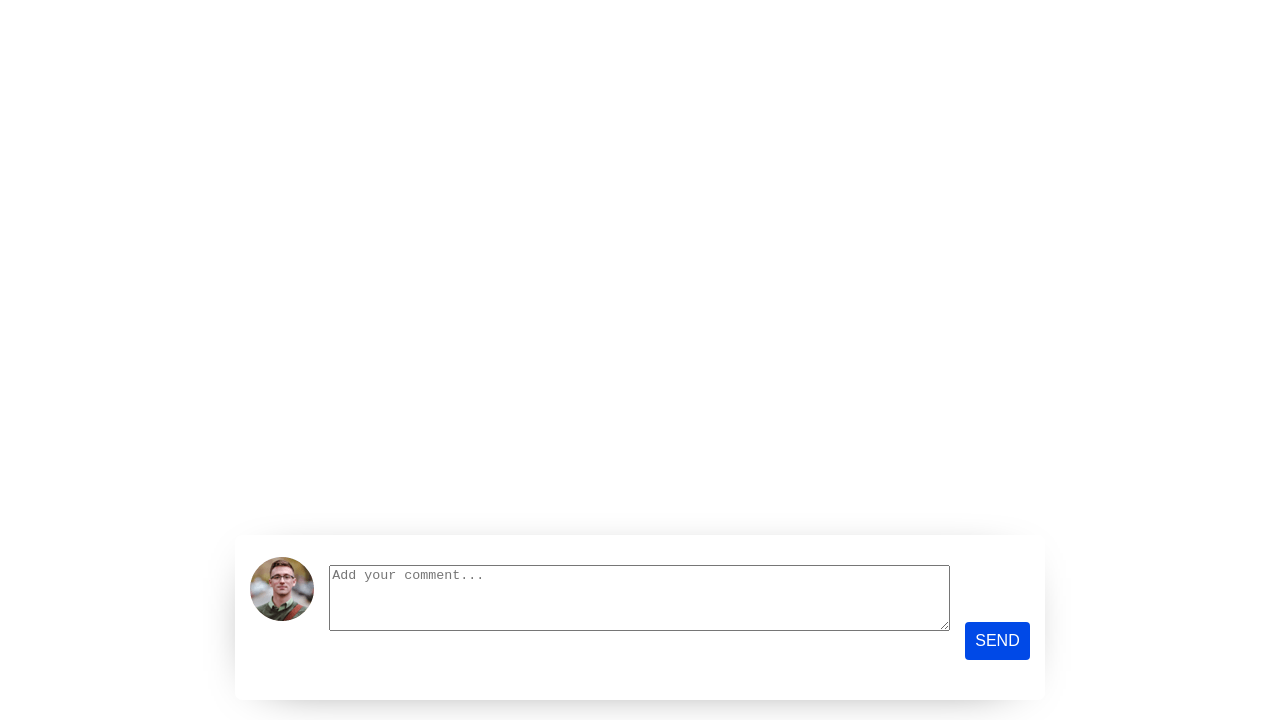
Repository: badhon252/interactive-comments-section
Page: /
An editor plug-in stored every save of this project. The page is shown before and after a run of saves, followed by the edit.
The browser window is 1280 px wide. The pictures show the whole page.
The project was rebuilt for these pictures with package versions that can differ from the ones it lists, and the page was loaded fresh each time.

Above is the page before, as saved 2022-01-28 12:55:48.

### public/index.html
<!DOCTYPE html>
<html lang="en">

<head>
  <meta charset="utf-8" />
  <link rel="icon" href="%PUBLIC_URL%/favicon.ico" />
  <meta name="viewport" content="width=device-width, initial-scale=1" />
  <meta name="theme-color" content="#000000" />
  <meta name="description" content="Web site created using create-react-app" />
  <link rel="apple-touch-icon" href="%PUBLIC_URL%/logo192.png" />

  <link rel="manifest" href="%PUBLIC_URL%/manifest.json" />

  <title>interactive-comments-section</title>
</head>

<body>
  <noscript>You need to enable JavaScript to run this app.</noscript>
  <div id="root"></div>

</body>

</html>

### src/App.js
import WriteComments from "./components/WriteComments";
// import WriteComments from "./components/WriteComments";

function App() {
  return (
    <div className="App">
      <WriteComments />
    </div>
  );
}

export default App;

### src/components/WriteComments.js
import React, { useState } from "react";
import "../App.css";
import Avatar from "../images/avatars/image-juliusomo.png";
import avatar from "../images/avatars/image-amyrobson.png";
// import Comments from "./Comments";

export default function WriteComments() {
  const [input, setInput] = useState("");
  const [comment, setComment] = useState([]);

  const handleSubmit = (e) => {
    e.preventDefault();

    if (!input) {
      alert("Write a comment first!!");
    } else {
      setComment((e) => {
        return [...e, input];
      });
      setInput("");
    }
  };

  // const key = new Date().getTime().toString();

  const handleDelete = (e) => {
    console.log(e.target);
  };
  const handleEdit = () => {};

  return (
    <div className="main-div">
      <div className="comment-input ">
        <form
          action=""
          className="comment-section shadow"
          onSubmit={handleSubmit}
        >
          <img src={Avatar} alt="images" className="my-img" />
          <textarea
            name=""
            id=""
            rows="4"
            cols="75"
            placeholder="Add your comment..."
            value={input}
            onChange={(e) => setInput(e.target.value)}
          />
          <button className="submit-btn">SEND</button>
        </form>{" "}
      </div>

      {/* comments===== start========== */}
      <div className="comments">
        {comment.map((value) => {
          return (
            <div className="shadow">
              <div className="profile-info">
                <img src={avatar} alt="" className="random-img" />
                <h4 className="name">@amyrobson</h4>
                <span className="time"> 1 Months ago</span>
                <div className="btn">
                  <button className="delete" onClick={handleDelete}>
                    Delete
                  </button>
                  <button className="edit" onClick={handleEdit}>
                    Edit
                  </button>
                </div>
              </div>
              <li className="single-comment">{value}</li>
            </div>
          );
        })}
      </div>
      {/* comments ends ========= */}
    </div>
  );
}

### src/App.css
.main-div {
  /* width: 40rem; */
  /* margin: auto; */
  text-align: center;
}
.comment-section {
  padding: 15px;
  margin: 20px;
  border-radius: 7px;
  position: fixed;
  bottom: 0;
  background-color: #fff;
  z-index: 10;
}
.comment-input {
  display: flex;
  justify-content: center;
}

.submit-btn {
  background-color: rgb(0, 73, 231);
  color: white;
  border: none;
  border-radius: 4px;
  font-size: 1rem;
  padding: 10px;
  margin-bottom: 25px;
  cursor: pointer;
  /* align-items: flex-start; */
}

.my-img {
  max-width: 80%;
  margin-bottom: 25px;
}
textarea {
  margin: 15px;
}

.shadow {
  box-shadow: -3px 7px 54px -36px rgba(0, 0, 0, 1);
  -webkit-box-shadow: -3px 7px 54px -36px rgba(0, 0, 0, 1);
  -moz-box-shadow: -3px 7px 54px -36px rgba(0, 0, 0, 1);
}

/* single comment section ==== */

.comments {
  margin: 20px auto;
  width: 45rem;
  /* text-align: justify; */
}
.profile-info {
  /* display: flex; */
  /* justify-content: left; */
  padding: 25px 0 10px 40px;
}
.random-img {
  width: 40px;
  display: inline;
  margin-bottom: -12px;
}
.name {
  padding: 0 10px;
  display: inline;
}

.time {
  font-size: 14px;
  opacity: 70%;
  padding-left: 30px;
  display: inline;
}
.btn {
  /* text-align: center; */
  text-align: right;
  padding-top: 24px;
  padding-left: 30px;
  margin-left: auto;
  display: inline;
}
.edit {
  background-color: rgb(9, 255, 0);
  border: 1px solid black;
  padding: 5px 10px;
  border-radius: 5px;
  margin: 0 20px;
  cursor: pointer;
  display: inline;
}

.delete {
  background-color: rgb(255, 0, 34);
  border: 1px solid black;
  color: #fff;
  padding: 5px 10px;
  border-radius: 5px;
  margin: 0 20px;
  cursor: pointer;
  display: inline;
}

.single-comment {
  width: 40rem;
  padding: 0 15px 20px 15px;
  margin: 20px;
  list-style-type: none;
}

Loaded but not shown: src/index.js (common file); src/index.css (common file); src/reportWebVitals.js (common file)

After the next 4 saves:
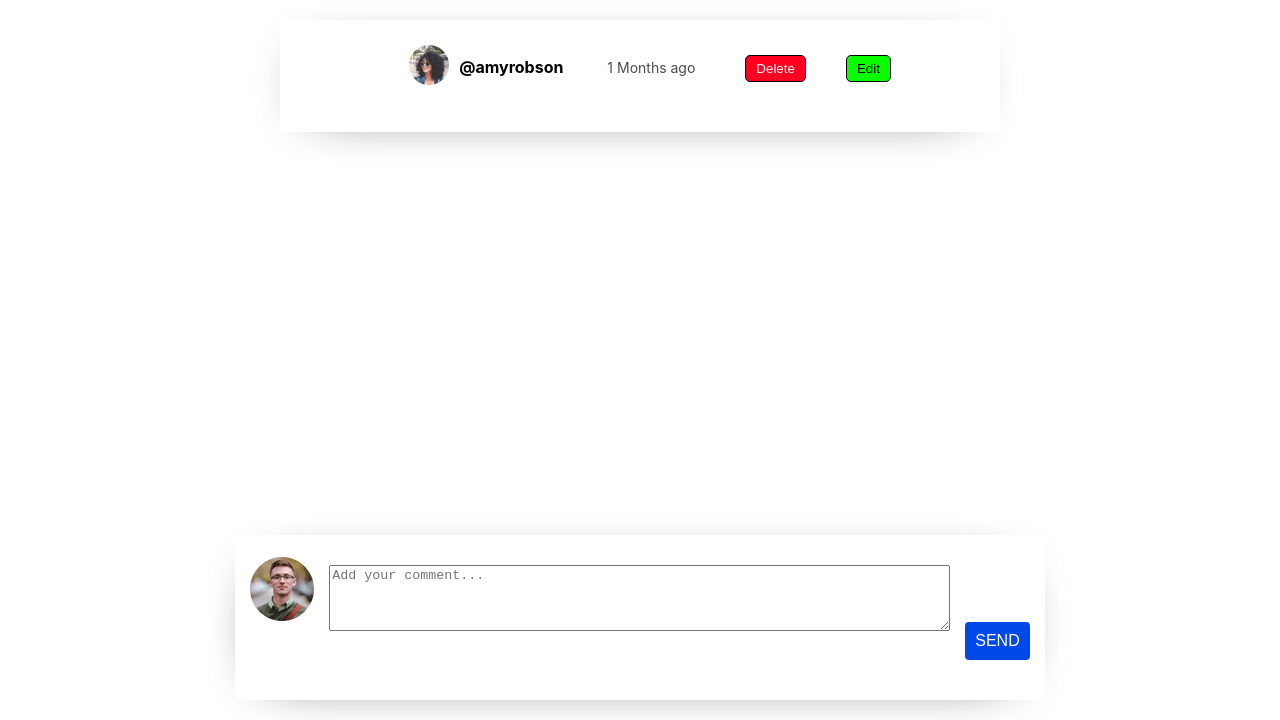
The 4 saves are shown as one change because 3 did not build or start.
The last was saved 7 min 0 s later.
--- a/src/components/WriteComments.js
+++ b/src/components/WriteComments.js
@@ -6,7 +6,9 @@ import avatar from "../images/avatars/image-amyrobson.png";
 
 export default function WriteComments() {
   const [input, setInput] = useState("");
-  const [comment, setComment] = useState([]);
+  const [comment, setComment] = useState([
+    { id: new Date().getTime().toString(), name: "" },
+  ]);
 
   const handleSubmit = (e) => {
     e.preventDefault();
@@ -54,7 +56,7 @@ export default function WriteComments() {
       <div className="comments">
         {comment.map((value) => {
           return (
-            <div className="shadow">
+            <div className="shadow" key={value.id}>
               <div className="profile-info">
                 <img src={avatar} alt="" className="random-img" />
                 <h4 className="name">@amyrobson</h4>
@@ -68,7 +70,7 @@ export default function WriteComments() {
                   </button>
                 </div>
               </div>
-              <li className="single-comment">{value}</li>
+              <li className="single-comment">{value.name}</li>
             </div>
           );
         })}
